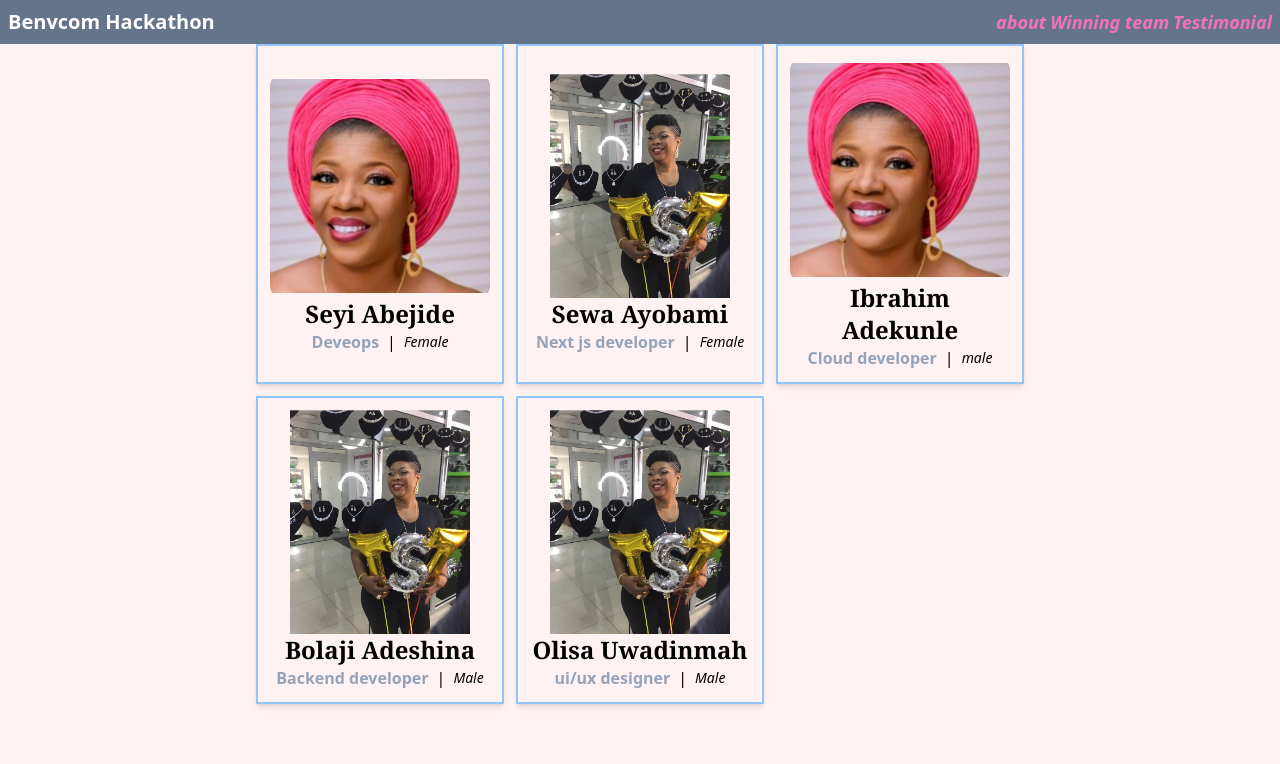
Repository: Semanmernstack/Bincom
Page: /
An editor plug-in stored every save of this project. The page is shown before and after the next save, followed by the edit.
The browser window is 1280 px wide. The pictures show the whole page.
The project was rebuilt for these pictures with package versions that can differ from the ones it lists, and the page was loaded fresh each time. The framework's server and built-in components were replaced by stand-ins that run in the browser. Also part of the build but not shown: next.config.mjs.

Above is the page before, as saved 2024-01-25 09:44:19.

After the next save:
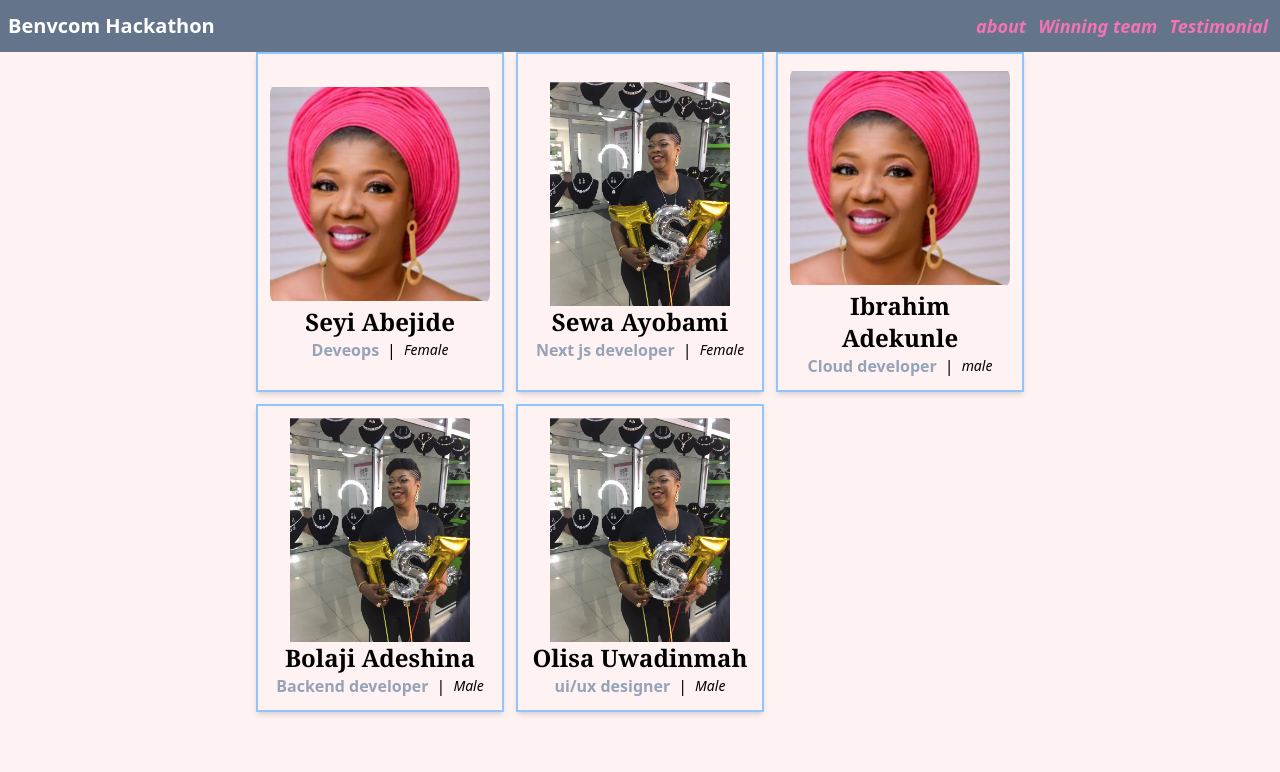
Saved 16 s later.
--- a/app/components/Nav.tsx
+++ b/app/components/Nav.tsx
@@ -35,7 +35,7 @@ function Nav() {
 
                 ):(
                     <Link href= {d.href }
-                    className="flex   gap-3 italic sm:font-semibold hover:border rounded-lg text-pink-400   dark:text-white text-xs sm:text-lg font-bold transition duration-100  "
+                    className="flex p-1   gap-3 italic sm:font-semibold hover:border rounded-lg text-pink-400   dark:text-white text-xs sm:text-lg font-bold transition duration-100  "
                     >
                         {d.title}
                     </Link>
